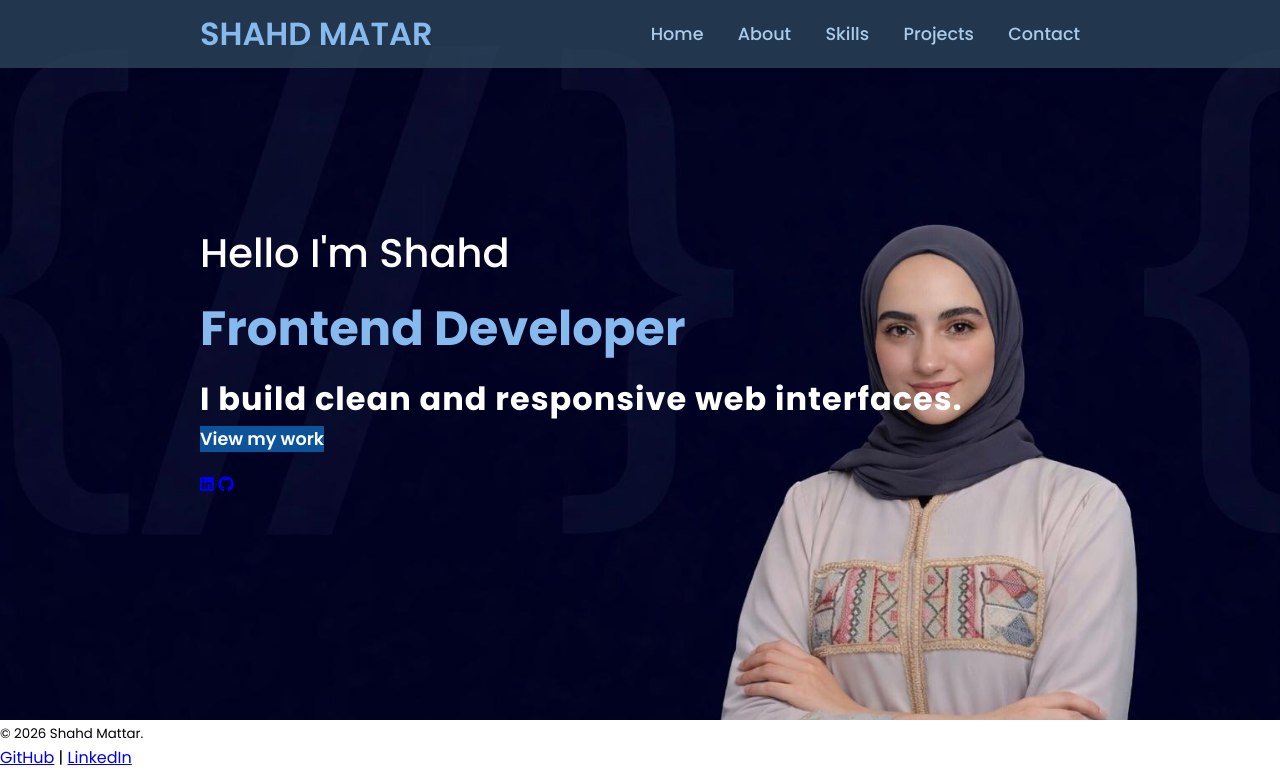
Repository: shahdmattar/personal-landing-page
Page: index.html
An editor plug-in stored every save of this project. The page is shown before and after a run of saves, followed by the edit.
The browser window is 1280 px wide. The pictures show the whole page.
Backgrounds fixed to the window are drawn as part of the page.

Above is the page before, as saved 2026-04-15 11:58:22.

### index.html
<!doctype html>
<html lang="en">
  <head>
    <meta charset="UTF-8" />
    <meta name="viewport" content="width=device-width, initial-scale=1.0" />
    <title>Shahd Matar | Personal Landing Page</title>
    <meta
      name="description"
      content="Personal landing page of Shahd Matar, Computer Engineering student and frontend learner."
    />
    <link
      rel="stylesheet"
      href="https://cdnjs.cloudflare.com/ajax/libs/font-awesome/6.0.0/css/all.min.css"
    />
    <link rel="stylesheet" href="style.css" />
    <!-- <link rel="stylesheet" href="test.css"> -->
  </head>

  <body>
    <header>
      <a href="#" class="logo">Shahd Matar</a>
      <nav class="navgation">
        <a href="#hero">Home</a>
        <a href="#about">About</a>
        <a href="#skills">Skills</a>
        <a href="#projects">Projects</a>
        <a href="#contact">Contact</a>
      </nav>
    </header>


      <section class="main">
        <div>
          <h2>Hello I'm Shahd<br> <span>Frontend Developer</span></h2>
          <h3>I build clean and responsive web interfaces.</h3>
          <a href="#projects" class="main-btn">View my work</a>
          <div class="social-icons">
            <a href="https://www.linkedin.com/in/shahd-matar-957608368"><i class="fab fa-linkedin"></i></a>
            <a href="https://github.com/shahdmattar"><i class="fab fa-github"></i></a>
          </div>
        </div>
      </section>


    <!-- Footer -->
    <footer>
      <p><small> &copy; 2026 Shahd Mattar.</small></p>
      <p>
        <a
          href="https://github.com/shahdmattar"
          target="_blank"
          rel="noopener noreferrer"
          >GitHub</a
        >
        |
        <a
          href="https://www.linkedin.com/in/shahd-matar-957608368"
          target="_blank"
          rel="noopener noreferrer"
          >LinkedIn</a
        >
      </p>
    </footer>
  </body>
</html>

### style.css
@import url('https://fonts.googleapis.com/css2?family=Dancing+Script:wght@400..700&family=Poppins:ital,wght@0,100;0,200;0,300;0,400;0,500;0,600;0,700;0,800;0,900;1,100;1,200;1,300;1,400;1,500;1,600;1,700;1,800;1,900&display=swap');

* {
  font-family:"Poppins", sans-serif;
  margin: 0;
  padding: 0;
  box-sizing: border-box;
  scroll-behavior:smooth;
}

header{
  width:100%;
  background-color:rgba(49, 76, 97, 0.709);
  position:fixed;
  display:flex;
  justify-content: space-between;
  align-items:center;
  z-index: 999;
  padding:10px 200px;
}

.logo{
  text-decoration:none;
  text-transform:uppercase;
  color:#86b9ed;
  font-size:2rem;
  font-weight:600;
}

.navgation a{
  color:#abcbec;
  text-decoration:none;
  font-size:1.1rem;
  font-weight:500;
  padding-left:30px;
}

.navgation a:hover{
  color:#2e6fab;
  font-size:1.15rem;
  /* font-weight:600; */
}

section{
   padding:200px 200px;
}
.main{
  width:100%;
  min-height:100vh;
  display:flex;
  align-items:center;
  background:url(images/back.jpeg);
  background-repeat:no-repeat;
  background-size:cover;
  background-position:center;
  background-attachment: fixed;
}

.main h2{
  color:#fff;
  font-size:2.5rem;
  font-weight:500;
}

.main h2 span{
  display:inline-block;
  margin-top: 10px;
  color:#86b9ed;
  font-size:3rem;
  font-weight:700;
}

.main h3 {
  margin-top: 10px;
  margin-bottom:3px;
  color:#fff;
  font-size:2rem;
  font-weight:700;
  letter-spacing:1px;
}

.main-btn{
  color:#fff;
  background-color:#0d5399;
  text-decoration:none;
  font-size:1.1rem;
  font-weight:600;
  display:inline-block;
  padding:0.3
}
.main .social-icons{
  margin-top: 20px;
}

After the next 3 saves:
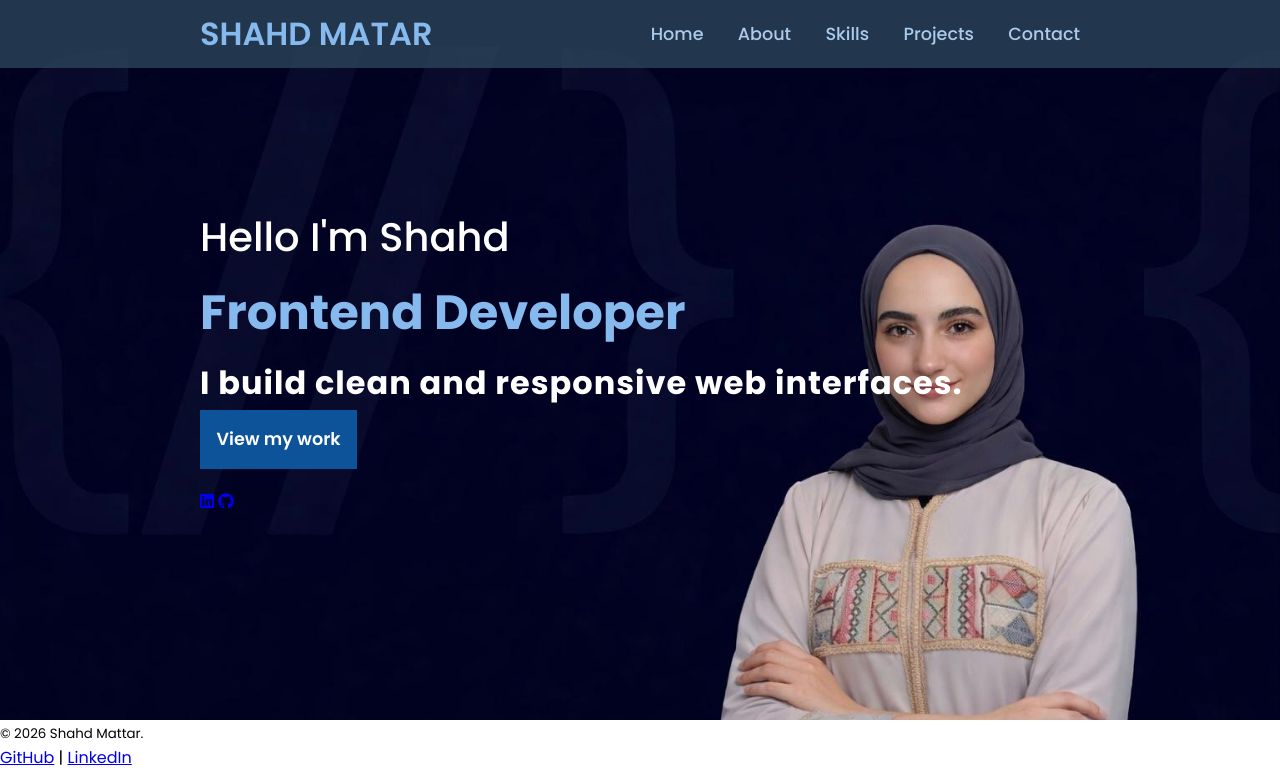
The 3 saves are shown as one change because they came seconds apart.
The last was saved 11 s later.
--- a/style.css
+++ b/style.css
@@ -86,7 +86,7 @@
   font-size:1.1rem;
   font-weight:600;
   display:inline-block;
-  padding:0.3
+  padding:0.9375em;
 }
 .main .social-icons{
   margin-top: 20px;

After the 2 saves that followed:
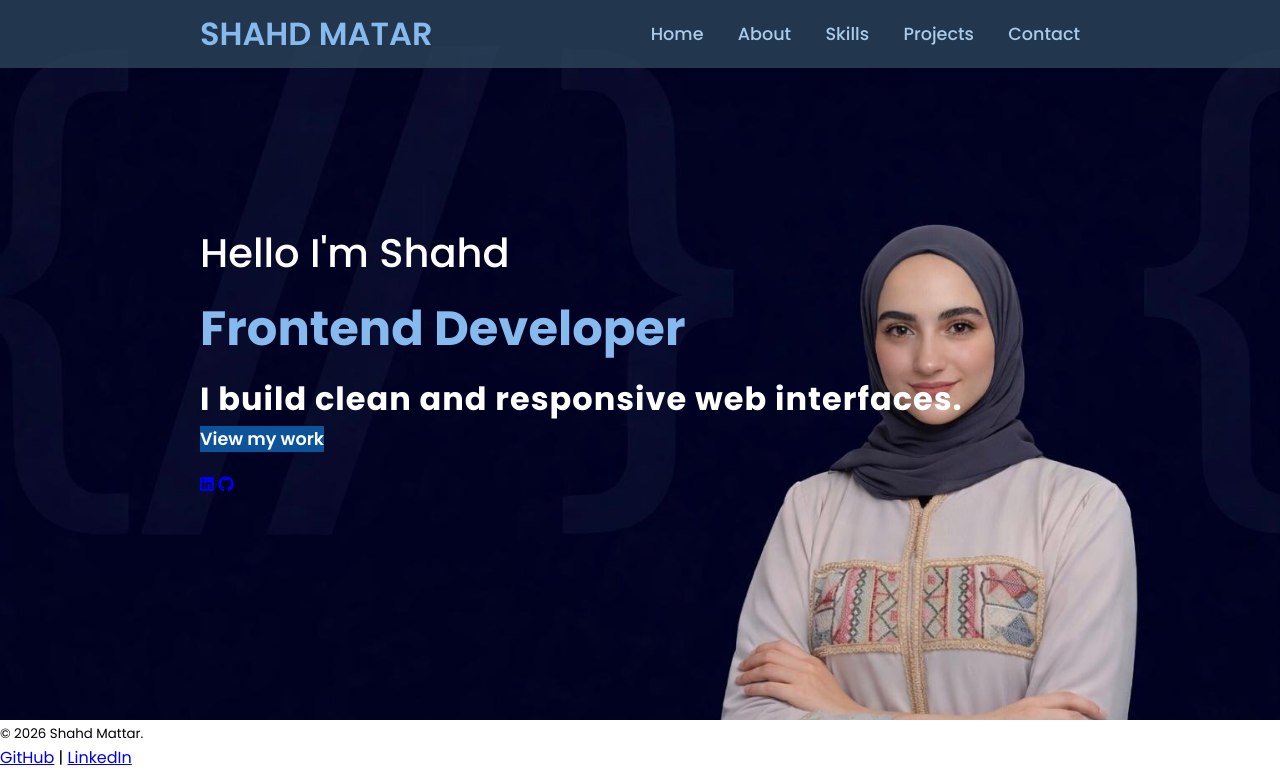
The 2 saves are shown as one change because they came seconds apart.
The last was saved 25 s later.
--- a/style.css
+++ b/style.css
@@ -86,7 +86,7 @@
   font-size:1.1rem;
   font-weight:600;
   display:inline-block;
-  padding:0.9375em;
+  padding:0.9375em 2.1;
 }
 .main .social-icons{
   margin-top: 20px;
